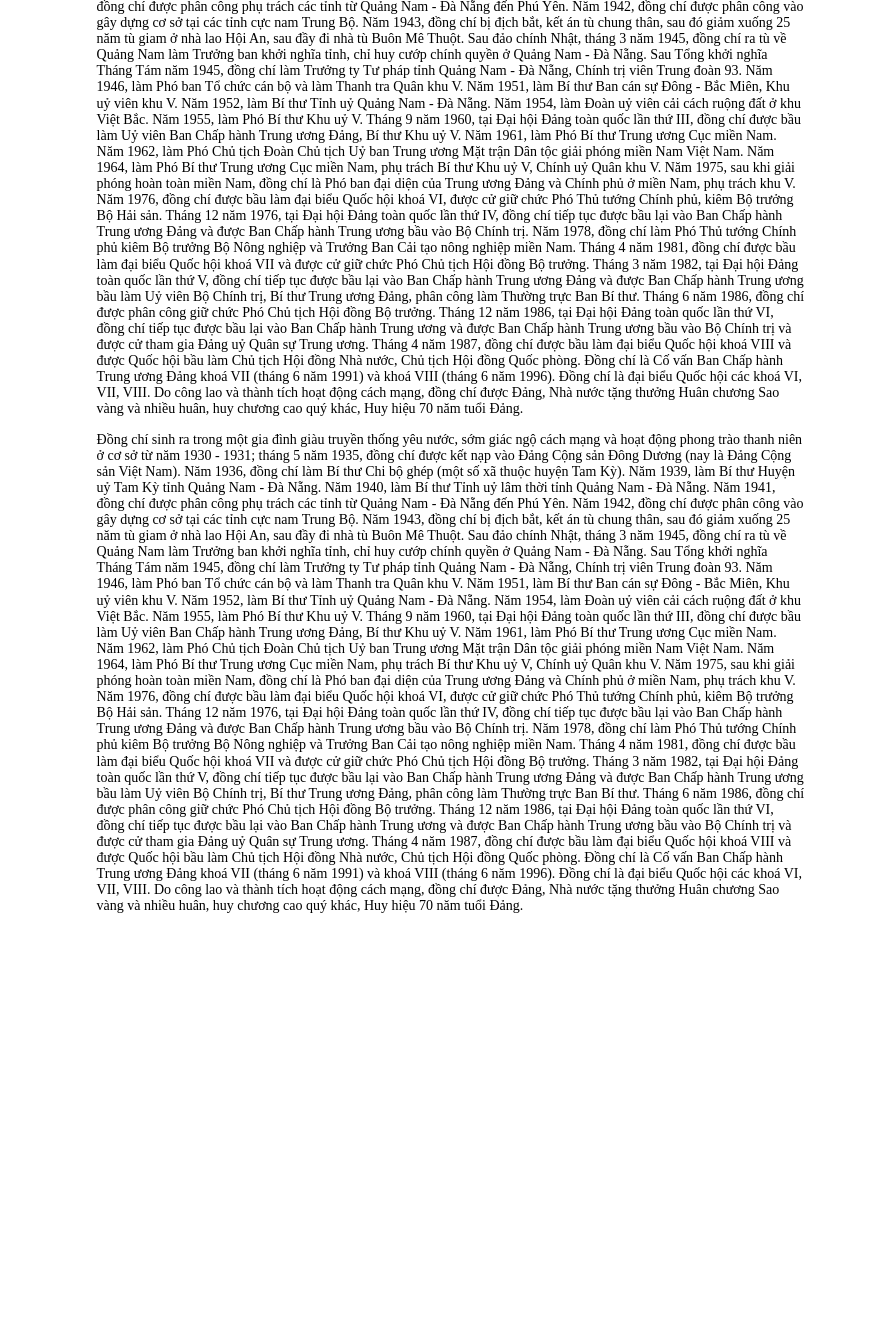
Repository: dphasst17/THPTVCC
Page: new/new_content/new_content3.html
The author's editor kept a copy of each file at every save. The page is drawn from the files as they stood at one save, then again after the next save.
The browser window is 1280 px wide. The pictures show the part of the page from y = 562 to 2482 px (the page is 3008 px tall), at 70% of full size.

Above is the page before, as saved 2022-10-14 10:13:51.

### new/new_content/new_content3.html
<!DOCTYPE html>
<html lang="en">
<head>
    <meta charset="UTF-8">
    <meta http-equiv="X-UA-Compatible" content="IE=edge">
    <meta name="viewport" content="width=device-width, initial-scale=1.0">
    <style>
        body{
            overflow: hidden;
            height:2900px;
        }

        .content{
            width:80%;
            height:1050px;
            margin-top:100px;
            margin-left:130px;
        }
        p{
            font-size:20px;
        }
        h3{
            font-size:20px;
        }
        h1{
            font-size:40px;
        }
        img{
            width:600px;
            height:300px;
            margin-left:30%;
        }
        .back svg{
            width: 1%;
            margin: 1px 50px;
            position: absolute;
        }
    </style>
</head>
<body>
    <div class="back">
        <a href="../new_content/new_content_home.html">
            <svg xmlns="http://www.w3.org/2000/svg" viewBox="0 0 256 512">
                <path d="M192 448c-8.188 0-16.38-3.125-22.62-9.375l-160-160c-12.5-12.5-12.5-32.75 0-45.25l160-160c12.5-12.5 32.75-12.5 45.25 0s12.5 32.75 0 45.25L77.25 256l137.4 137.4c12.5 12.5 12.5 32.75 0 45.25C208.4 444.9 200.2 448 192 448z"/>
            </svg>
        </a>
    </div>
    <div class="content">
        <h3>KỶ NIỆM 110 NĂM NGÀY SINH CHỦ TỊCH HỘI ĐỒNG NHÀ NƯỚC VÕ CHÍ CÔNG (7-8-1912 - 7-8-2022)</h3>
        <img src="../new_img/3.jpg" alt="">
        <p>
            Đồng chí sinh ra trong một gia đình giàu truyền thống yêu nước, sớm giác ngộ cách mạng và hoạt động phong trào thanh niên ở cơ sở từ năm 1930 - 1931; tháng 5 năm 1935, đồng chí được kết nạp vào Đảng Cộng sản Đông Dương (nay là Đảng Cộng sản Việt Nam).

            Năm 1936, đồng chí làm Bí thư Chi bộ ghép (một số xã thuộc huyện Tam Kỳ). Năm 1939, làm Bí thư Huyện uỷ Tam Kỳ tỉnh Quảng Nam - Đà Nẵng. Năm 1940, làm Bí thư Tỉnh uỷ lâm thời tỉnh Quảng Nam - Đà Nẵng. Năm 1941, đồng chí được phân công phụ trách các tỉnh từ Quảng Nam - Đà Nẵng đến Phú Yên. Năm 1942, đồng chí được phân công vào gây dựng cơ sở tại các tỉnh cực nam Trung Bộ.

            Năm 1943, đồng chí bị địch bắt, kết án tù chung thân, sau đó giảm xuống 25 năm tù giam ở nhà lao Hội An, sau đầy đi nhà tù Buôn Mê Thuột.

            Sau đảo chính Nhật, tháng 3 năm 1945, đồng chí ra tù về Quảng Nam làm Trưởng ban khởi nghĩa tỉnh, chỉ huy cướp chính quyền ở Quảng Nam - Đà Nẵng.

            Sau Tổng khởi nghĩa Tháng Tám năm 1945, đồng chí làm Trưởng ty Tư pháp tỉnh Quảng Nam - Đà Nẵng, Chính trị viên Trung đoàn 93.

            Năm 1946, làm Phó ban Tổ chức cán bộ và làm Thanh tra Quân khu V. Năm 1951, làm Bí thư Ban cán sự Đông - Bắc Miên, Khu uỷ viên khu V. Năm 1952, làm Bí thư Tỉnh uỷ Quảng Nam - Đà Nẵng. Năm 1954, làm Đoàn uỷ viên cải cách ruộng đất ở khu Việt Bắc. Năm 1955, làm Phó Bí thư Khu uỷ V.

            Tháng 9 năm 1960, tại Đại hội Đảng toàn quốc lần thứ III, đồng chí được bầu làm Uỷ viên Ban Chấp hành Trung ương Đảng, Bí thư Khu uỷ V.

            Năm 1961, làm Phó Bí thư Trung ương Cục miền Nam. Năm 1962, làm Phó Chủ tịch Đoàn Chủ tịch Uỷ ban Trung ương Mặt trận Dân tộc giải phóng miền Nam Việt Nam. Năm 1964, làm Phó Bí thư Trung ương Cục miền Nam, phụ trách Bí thư Khu uỷ V, Chính uỷ Quân khu V.

            Năm 1975, sau khi giải phóng hoàn toàn miền Nam, đồng chí là Phó ban đại diện của Trung ương Đảng và Chính phủ ở miền Nam, phụ trách khu V. Năm 1976, đồng chí được bầu làm đại biểu Quốc hội khoá VI, được cử giữ chức Phó Thủ tướng Chính phủ, kiêm Bộ trưởng Bộ Hải sản.

            Tháng 12 năm 1976, tại Đại hội Đảng toàn quốc lần thứ IV, đồng chí tiếp tục được bầu lại vào Ban Chấp hành Trung ương Đảng và được Ban Chấp hành Trung ương bầu vào Bộ Chính trị. Năm 1978, đồng chí làm Phó Thủ tướng Chính phủ kiêm Bộ trưởng Bộ Nông nghiệp và Trưởng Ban Cải tạo nông nghiệp miền Nam.

            Tháng 4 năm 1981, đồng chí được bầu làm đại biểu Quốc hội khoá VII và được cử giữ chức Phó Chủ tịch Hội đồng Bộ trưởng.

            Tháng 3 năm 1982, tại Đại hội Đảng toàn quốc lần thứ V, đồng chí tiếp tục được bầu lại vào Ban Chấp hành Trung ương Đảng và được Ban Chấp hành Trung ương bầu làm Uỷ viên Bộ Chính trị, Bí thư Trung ương Đảng, phân công làm Thường trực Ban Bí thư. Tháng 6 năm 1986, đồng chí được phân công giữ chức Phó Chủ tịch Hội đồng Bộ trưởng.

            Tháng 12 năm 1986, tại Đại hội Đảng toàn quốc lần thứ VI, đồng chí tiếp tục được bầu lại vào Ban Chấp hành Trung ương và được Ban Chấp hành Trung ương bầu vào Bộ Chính trị và được cử tham gia Đảng uỷ Quân sự Trung ương.

            Tháng 4 năm 1987, đồng chí được bầu làm đại biểu Quốc hội khoá VIII và được Quốc hội bầu làm Chủ tịch Hội đồng Nhà nước, Chủ tịch Hội đồng Quốc phòng.

            Đồng chí là Cố vấn Ban Chấp hành Trung ương Đảng khoá VII (tháng 6 năm 1991) và khoá VIII (tháng 6 năm 1996). Đồng chí là đại biểu Quốc hội các khoá VI, VII, VIII.

            Do công lao và thành tích hoạt động cách mạng, đồng chí được Đảng, Nhà nước tặng thưởng Huân chương Sao vàng và nhiều huân, huy chương cao quý khác, Huy hiệu 70 năm tuổi Đảng.
        </p>

        <p>
            Đồng chí sinh ra trong một gia đình giàu truyền thống yêu nước, sớm giác ngộ cách mạng và hoạt động phong trào thanh niên ở cơ sở từ năm 1930 - 1931; tháng 5 năm 1935, đồng chí được kết nạp vào Đảng Cộng sản Đông Dương (nay là Đảng Cộng sản Việt Nam).

            Năm 1936, đồng chí làm Bí thư Chi bộ ghép (một số xã thuộc huyện Tam Kỳ). Năm 1939, làm Bí thư Huyện uỷ Tam Kỳ tỉnh Quảng Nam - Đà Nẵng. Năm 1940, làm Bí thư Tỉnh uỷ lâm thời tỉnh Quảng Nam - Đà Nẵng. Năm 1941, đồng chí được phân công phụ trách các tỉnh từ Quảng Nam - Đà Nẵng đến Phú Yên. Năm 1942, đồng chí được phân công vào gây dựng cơ sở tại các tỉnh cực nam Trung Bộ.

            Năm 1943, đồng chí bị địch bắt, kết án tù chung thân, sau đó giảm xuống 25 năm tù giam ở nhà lao Hội An, sau đầy đi nhà tù Buôn Mê Thuột.

            Sau đảo chính Nhật, tháng 3 năm 1945, đồng chí ra tù về Quảng Nam làm Trưởng ban khởi nghĩa tỉnh, chỉ huy cướp chính quyền ở Quảng Nam - Đà Nẵng.

            Sau Tổng khởi nghĩa Tháng Tám năm 1945, đồng chí làm Trưởng ty Tư pháp tỉnh Quảng Nam - Đà Nẵng, Chính trị viên Trung đoàn 93.

            Năm 1946, làm Phó ban Tổ chức cán bộ và làm Thanh tra Quân khu V. Năm 1951, làm Bí thư Ban cán sự Đông - Bắc Miên, Khu uỷ viên khu V. Năm 1952, làm Bí thư Tỉnh uỷ Quảng Nam - Đà Nẵng. Năm 1954, làm Đoàn uỷ viên cải cách ruộng đất ở khu Việt Bắc. Năm 1955, làm Phó Bí thư Khu uỷ V.

            Tháng 9 năm 1960, tại Đại hội Đảng toàn quốc lần thứ III, đồng chí được bầu làm Uỷ viên Ban Chấp hành Trung ương Đảng, Bí thư Khu uỷ V.

            Năm 1961, làm Phó Bí thư Trung ương Cục miền Nam. Năm 1962, làm Phó Chủ tịch Đoàn Chủ tịch Uỷ ban Trung ương Mặt trận Dân tộc giải phóng miền Nam Việt Nam. Năm 1964, làm Phó Bí thư Trung ương Cục miền Nam, phụ trách Bí thư Khu uỷ V, Chính uỷ Quân khu V.

            Năm 1975, sau khi giải phóng hoàn toàn miền Nam, đồng chí là Phó ban đại diện của Trung ương Đảng và Chính phủ ở miền Nam, phụ trách khu V. Năm 1976, đồng chí được bầu làm đại biểu Quốc hội khoá VI, được cử giữ chức Phó Thủ tướng Chính phủ, kiêm Bộ trưởng Bộ Hải sản.

            Tháng 12 năm 1976, tại Đại hội Đảng toàn quốc lần thứ IV, đồng chí tiếp tục được bầu lại vào Ban Chấp hành Trung ương Đảng và được Ban Chấp hành Trung ương bầu vào Bộ Chính trị. Năm 1978, đồng chí làm Phó Thủ tướng Chính phủ kiêm Bộ trưởng Bộ Nông nghiệp và Trưởng Ban Cải tạo nông nghiệp miền Nam.

            Tháng 4 năm 1981, đồng chí được bầu làm đại biểu Quốc hội khoá VII và được cử giữ chức Phó Chủ tịch Hội đồng Bộ trưởng.

            Tháng 3 năm 1982, tại Đại hội Đảng toàn quốc lần thứ V, đồng chí tiếp tục được bầu lại vào Ban Chấp hành Trung ương Đảng và được Ban Chấp hành Trung ương bầu làm Uỷ viên Bộ Chính trị, Bí thư Trung ương Đảng, phân công làm Thường trực Ban Bí thư. Tháng 6 năm 1986, đồng chí được phân công giữ chức Phó Chủ tịch Hội đồng Bộ trưởng.

            Tháng 12 năm 1986, tại Đại hội Đảng toàn quốc lần thứ VI, đồng chí tiếp tục được bầu lại vào Ban Chấp hành Trung ương và được Ban Chấp hành Trung ương bầu vào Bộ Chính trị và được cử tham gia Đảng uỷ Quân sự Trung ương.

            Tháng 4 năm 1987, đồng chí được bầu làm đại biểu Quốc hội khoá VIII và được Quốc hội bầu làm Chủ tịch Hội đồng Nhà nước, Chủ tịch Hội đồng Quốc phòng.

            Đồng chí là Cố vấn Ban Chấp hành Trung ương Đảng khoá VII (tháng 6 năm 1991) và khoá VIII (tháng 6 năm 1996). Đồng chí là đại biểu Quốc hội các khoá VI, VII, VIII.

            Do công lao và thành tích hoạt động cách mạng, đồng chí được Đảng, Nhà nước tặng thưởng Huân chương Sao vàng và nhiều huân, huy chương cao quý khác, Huy hiệu 70 năm tuổi Đảng.
        </p>
    </div>
</body>
</html>

After the next save:
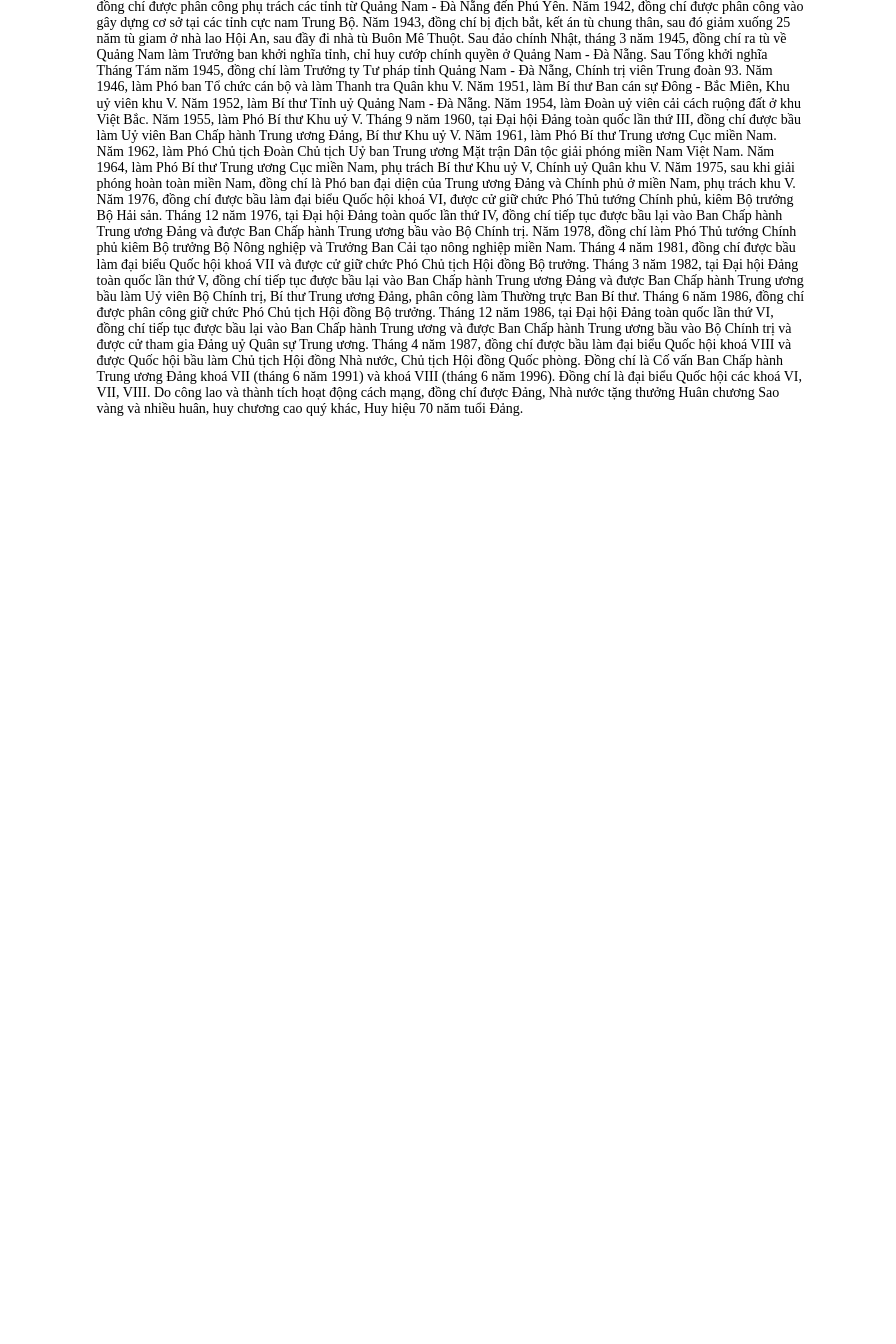
Saved 46 s later.
--- a/new/new_content/new_content3.html
+++ b/new/new_content/new_content3.html
@@ -81,40 +81,6 @@
 
             Do công lao và thành tích hoạt động cách mạng, đồng chí được Đảng, Nhà nước tặng thưởng Huân chương Sao vàng và nhiều huân, huy chương cao quý khác, Huy hiệu 70 năm tuổi Đảng.
         </p>
-
-        <p>
-            Đồng chí sinh ra trong một gia đình giàu truyền thống yêu nước, sớm giác ngộ cách mạng và hoạt động phong trào thanh niên ở cơ sở từ năm 1930 - 1931; tháng 5 năm 1935, đồng chí được kết nạp vào Đảng Cộng sản Đông Dương (nay là Đảng Cộng sản Việt Nam).
-
-            Năm 1936, đồng chí làm Bí thư Chi bộ ghép (một số xã thuộc huyện Tam Kỳ). Năm 1939, làm Bí thư Huyện uỷ Tam Kỳ tỉnh Quảng Nam - Đà Nẵng. Năm 1940, làm Bí thư Tỉnh uỷ lâm thời tỉnh Quảng Nam - Đà Nẵng. Năm 1941, đồng chí được phân công phụ trách các tỉnh từ Quảng Nam - Đà Nẵng đến Phú Yên. Năm 1942, đồng chí được phân công vào gây dựng cơ sở tại các tỉnh cực nam Trung Bộ.
-
-            Năm 1943, đồng chí bị địch bắt, kết án tù chung thân, sau đó giảm xuống 25 năm tù giam ở nhà lao Hội An, sau đầy đi nhà tù Buôn Mê Thuột.
-
-            Sau đảo chính Nhật, tháng 3 năm 1945, đồng chí ra tù về Quảng Nam làm Trưởng ban khởi nghĩa tỉnh, chỉ huy cướp chính quyền ở Quảng Nam - Đà Nẵng.
-
-            Sau Tổng khởi nghĩa Tháng Tám năm 1945, đồng chí làm Trưởng ty Tư pháp tỉnh Quảng Nam - Đà Nẵng, Chính trị viên Trung đoàn 93.
-
-            Năm 1946, làm Phó ban Tổ chức cán bộ và làm Thanh tra Quân khu V. Năm 1951, làm Bí thư Ban cán sự Đông - Bắc Miên, Khu uỷ viên khu V. Năm 1952, làm Bí thư Tỉnh uỷ Quảng Nam - Đà Nẵng. Năm 1954, làm Đoàn uỷ viên cải cách ruộng đất ở khu Việt Bắc. Năm 1955, làm Phó Bí thư Khu uỷ V.
-
-            Tháng 9 năm 1960, tại Đại hội Đảng toàn quốc lần thứ III, đồng chí được bầu làm Uỷ viên Ban Chấp hành Trung ương Đảng, Bí thư Khu uỷ V.
-
-            Năm 1961, làm Phó Bí thư Trung ương Cục miền Nam. Năm 1962, làm Phó Chủ tịch Đoàn Chủ tịch Uỷ ban Trung ương Mặt trận Dân tộc giải phóng miền Nam Việt Nam. Năm 1964, làm Phó Bí thư Trung ương Cục miền Nam, phụ trách Bí thư Khu uỷ V, Chính uỷ Quân khu V.
-
-            Năm 1975, sau khi giải phóng hoàn toàn miền Nam, đồng chí là Phó ban đại diện của Trung ương Đảng và Chính phủ ở miền Nam, phụ trách khu V. Năm 1976, đồng chí được bầu làm đại biểu Quốc hội khoá VI, được cử giữ chức Phó Thủ tướng Chính phủ, kiêm Bộ trưởng Bộ Hải sản.
-
-            Tháng 12 năm 1976, tại Đại hội Đảng toàn quốc lần thứ IV, đồng chí tiếp tục được bầu lại vào Ban Chấp hành Trung ương Đảng và được Ban Chấp hành Trung ương bầu vào Bộ Chính trị. Năm 1978, đồng chí làm Phó Thủ tướng Chính phủ kiêm Bộ trưởng Bộ Nông nghiệp và Trưởng Ban Cải tạo nông nghiệp miền Nam.
-
-            Tháng 4 năm 1981, đồng chí được bầu làm đại biểu Quốc hội khoá VII và được cử giữ chức Phó Chủ tịch Hội đồng Bộ trưởng.
-
-            Tháng 3 năm 1982, tại Đại hội Đảng toàn quốc lần thứ V, đồng chí tiếp tục được bầu lại vào Ban Chấp hành Trung ương Đảng và được Ban Chấp hành Trung ương bầu làm Uỷ viên Bộ Chính trị, Bí thư Trung ương Đảng, phân công làm Thường trực Ban Bí thư. Tháng 6 năm 1986, đồng chí được phân công giữ chức Phó Chủ tịch Hội đồng Bộ trưởng.
-
-            Tháng 12 năm 1986, tại Đại hội Đảng toàn quốc lần thứ VI, đồng chí tiếp tục được bầu lại vào Ban Chấp hành Trung ương và được Ban Chấp hành Trung ương bầu vào Bộ Chính trị và được cử tham gia Đảng uỷ Quân sự Trung ương.
-
-            Tháng 4 năm 1987, đồng chí được bầu làm đại biểu Quốc hội khoá VIII và được Quốc hội bầu làm Chủ tịch Hội đồng Nhà nước, Chủ tịch Hội đồng Quốc phòng.
-
-            Đồng chí là Cố vấn Ban Chấp hành Trung ương Đảng khoá VII (tháng 6 năm 1991) và khoá VIII (tháng 6 năm 1996). Đồng chí là đại biểu Quốc hội các khoá VI, VII, VIII.
-
-            Do công lao và thành tích hoạt động cách mạng, đồng chí được Đảng, Nhà nước tặng thưởng Huân chương Sao vàng và nhiều huân, huy chương cao quý khác, Huy hiệu 70 năm tuổi Đảng.
-        </p>
     </div>
 </body>
 </html>
